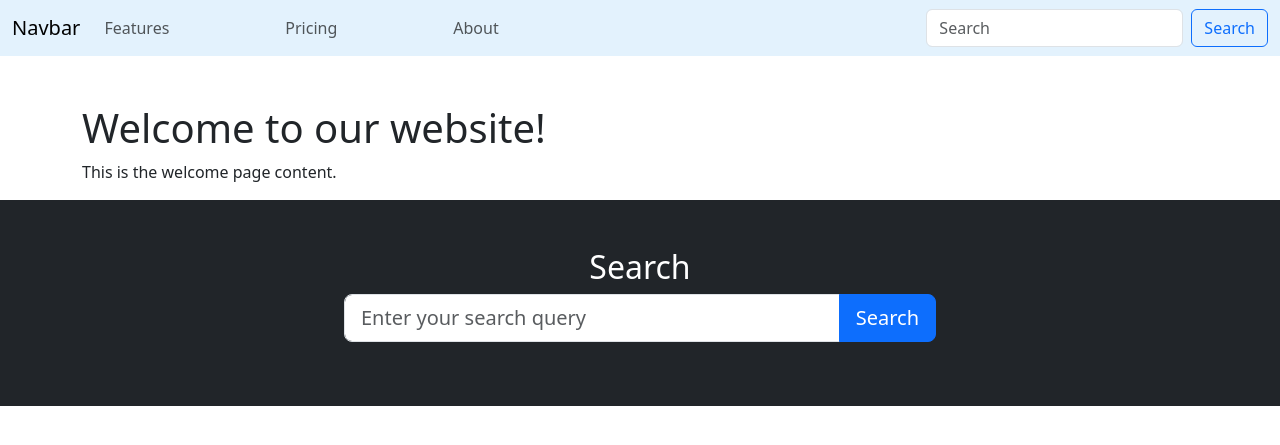
Repository: gyfffffff/meishimeike_test
Page: meishimeike/hello.html
The author's editor kept a copy of each file at every save. The page is drawn from the files as they stood at one save, then again after the next save.
The browser window is 1280 px wide. The pictures show the whole page.

Above is the page before, as saved 2023-07-13 10:53:55.

After the next save:
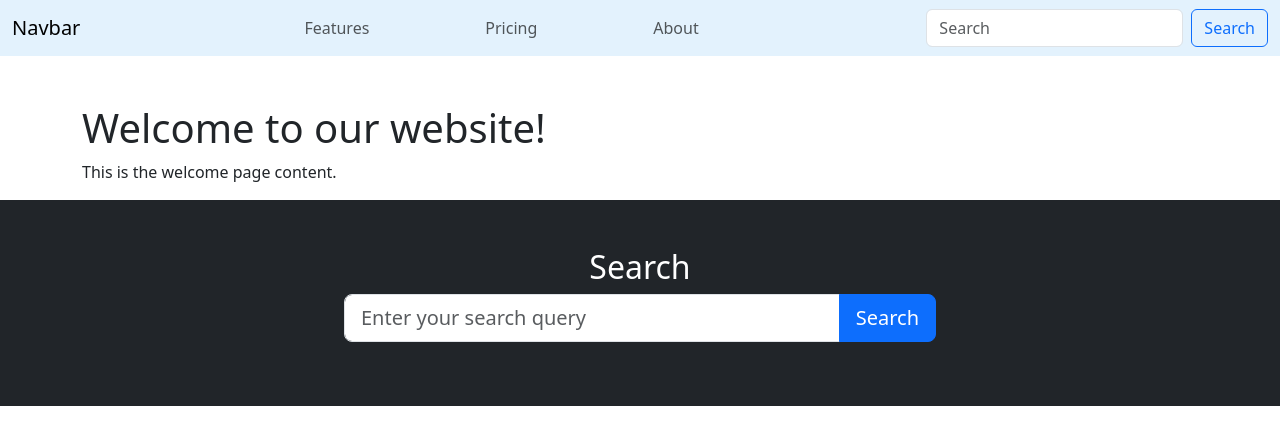
Saved 4 s later.
--- a/meishimeike/hello.html
+++ b/meishimeike/hello.html
@@ -12,7 +12,7 @@
         }
 
         .navbar-brand{
-            padding-right: 200ox;
+            padding-right: 200px;
         }
     </style>
 
